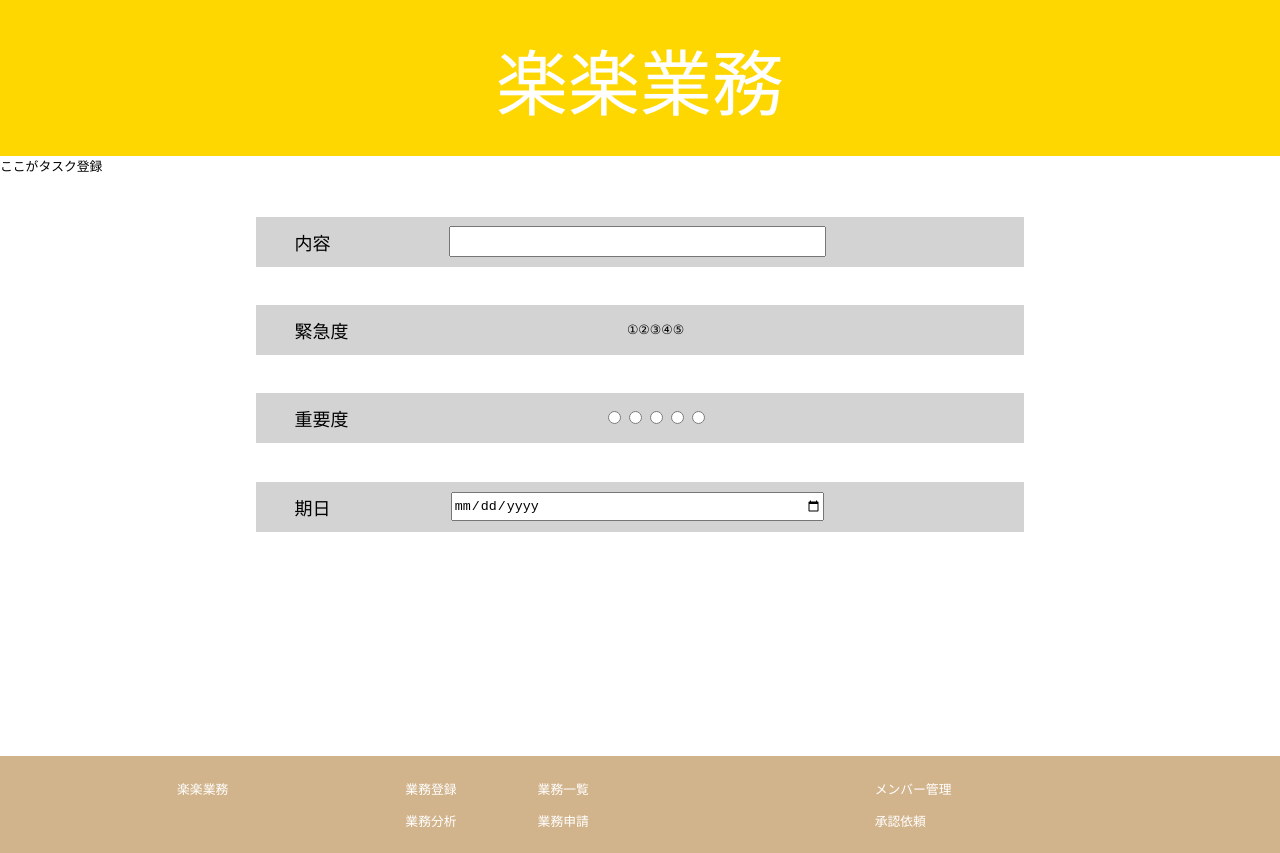
Repository: Reiya-1003/VueReplaceTask
Page: /#/register
An editor plug-in stored every save of this project. The page is shown before and after the next save, followed by the edit.
The browser window is 1280 px wide. The pictures show the whole page.
The project was rebuilt for these pictures with package versions that can differ from the ones it lists, and the page was loaded fresh each time. Also part of the build but not shown: vue.config.js, src/components/pages/PageHome.vue.

Above is the page before, as saved 2022-06-16 15:57:04.

### public/index.html
<!DOCTYPE html>
<html lang="">
  <head>
    <meta charset="utf-8">
    <meta http-equiv="X-UA-Compatible" content="IE=edge">
    <meta name="viewport" content="width=device-width,initial-scale=1.0">
    <link rel="icon" href="<%= BASE_URL %>favicon.ico">
    <link rel="stylesheet" href="style.css">
    <title><%= htmlWebpackPlugin.options.title %></title>
  </head>
  <body>
    <noscript>
      <strong>We're sorry but <%= htmlWebpackPlugin.options.title %> doesn't work properly without JavaScript enabled. Please enable it to continue.</strong>
    </noscript>
    <div id="app"></div>
    <!-- built files will be auto injected -->
  </body>
</html>

### src/main.js
import Vue from 'vue'
import App from './App.vue'
import router from './roter'

Vue.config.productionTip = false


new Vue({
  router,
  render: h => h(App),
}).$mount('#app')

### src/App.vue
<template>
  <div>
      <PageHeader />

        <!-- <PageHome /> -->
        <router-view />

      <PageFooter />
  </div>
</template>

<script>
import PageHeader from "./components/modules/PageHeader";
import PageFooter from "./components/modules/PageFooter";


export default {
  name: 'App',
  components: {
    PageHeader,
    PageFooter,


  },

}
</script>

<style>

</style>

### src/roter.js
import Vue from 'vue'
import VueRouter from 'vue-router'
import Home from '@/components/pages/PageHome.vue'
import Register from '@/components/pages/PageRegister.vue'




Vue.use(VueRouter)

export default new VueRouter({
  // デフォルトの挙動では URL に `#` が含まれる.
  // URL から hash を取り除くには `mode:history` を指定する
  // mode: 'history',
  base: __dirname,

  routes: [
    {
      path: '/',
      name: 'home',
      component: Home
    },
    {
      path: '/register',
      name: 'register',
      component: Register
    },



  ]

})

### src/components/modules/PageHeader.vue
<template>
  <header id="headerblock">

    <h1 id="title" ><router-link to="/" >楽楽業務</router-link></h1>


  </header>
</template>

<script>
export default {
  name: 'PageHeader',

}
</script>


<style lang="scss" type="text/css">
  #headerblock{
    height: 10%;
    width: 100%;
    background-color: #ffd700;
    h1{
      margin: 0;
      text-align: center;
      padding: 2%;
      color: white;
      font-size: 10vh;
      font-weight: normal;
      a{
      cursor: pointer;
      color: inherit;
      text-decoration: none;
    }
    }


  }
</style>

### src/components/modules/PageFooter.vue
<template>
  <div id="footblock">

    <div class="flexitem1">
      <p><router-link to="/" >楽楽業務</router-link></p>
    </div>
    <div class="flexitem2">
      <div>
        <!-- roter-linkになると思う -->
        <p><router-link to="/register">業務登録</router-link></p>
        <p>業務分析</p>
      </div>
      <div class="item">
        <p>業務一覧</p>
        <p>業務申請</p>
      </div>
    </div>
    <div class="flexitem3">
      <p>メンバー管理</p>
      <p>承認依頼</p>
    </div>


  </div>
</template>

<script>
export default {
  name: 'PageFooter',

}
</script>


<style lang="scss" type="text/css">
  #footblock{
    background-color: #d2b48c;
    color: white;
    display: flex;
    justify-content: space-around;

    .flexitem1{
      width: 100%;
      text-align: center;
      padding-top: 10px;
      padding-bottom: 10px;
      a{
      cursor: pointer;
      color: inherit;
      text-decoration: none;
      }
    }
    .flexitem2{
      width: 100%;
      display: flex;
      padding-top: 10px;
      padding-bottom: 10px;
      justify-content: flex-start;
      a{
      cursor: pointer;
      color: inherit;
      text-decoration: none;
      }
      .item{
        padding-left: 20%;
      }
    }
    .flexitem3{
      padding-top: 10px;
      padding-bottom: 10px;
      padding-left: 5%;
      width: 100%;
      a{
      cursor: pointer;
      color: inherit;
      text-decoration: none;
      }
    }
  }
</style>

### src/components/pages/PageRegister.vue
<template>
  <div style="height: 600px">
    <div>ここがタスク登録</div>

    <div class="listbox">
      <div class="listitem"><span class="itemtitle">内容</span><span class="item"><input type="text" class="textinput"></span></div>
      <div class="listitem">
        <span class="itemtitle">緊急度</span>
        <span class="item">
          <input type="radio" name="Urgency" class="radioinput"><label for="select1">①</label>
          <input type="radio" name="Urgency" class="radioinput"><label for="select2">②</label>
          <input type="radio" name="Urgency" class="radioinput"><label for="select3">③</label>
          <input type="radio" name="Urgency" class="radioinput"><label for="select4">④</label>
          <input type="radio" name="Urgency" class="radioinput"><label for="select5">⑤</label>
        </span>
      </div>
      <div class="listitem"><span class="itemtitle">重要度</span><span class="item"><input type="radio"><input type="radio"><input type="radio"><input type="radio"><input type="radio"></span></div>
      <div class="listitem"><span class="itemtitle">期日</span><span class="item"><input type="date" class="dateinput"></span></div>
    </div>

  </div>
</template>

<script>
export default {
  name: "PageRegister",
};
</script>

<style lang="scss" type="text/css">
.listbox {
  margin: 3px auto;
  height: 400px;
  width: 60%;
  display: flex;
  flex-direction: column;

  .listitem{
   height: 50px;
   display: flex;
   align-items: center;
   margin-top: 5%;
   background-color:lightgray;
   text-align: center;
   .itemtitle{
     margin-left: 5%;
     font-size: large;
   }
   .item{
     width: 80%;
       .textinput{
         width: 60%;
         height: 25px;
       }
       .dateinput{
         width: 60%;
         height: 25px;
       }
      .radioinput{
        display: none;
      }
     }
  }




}
</style>

### public/style.css
body{
  margin: 0;
  font-size: 1vmax;
}

After the next save:
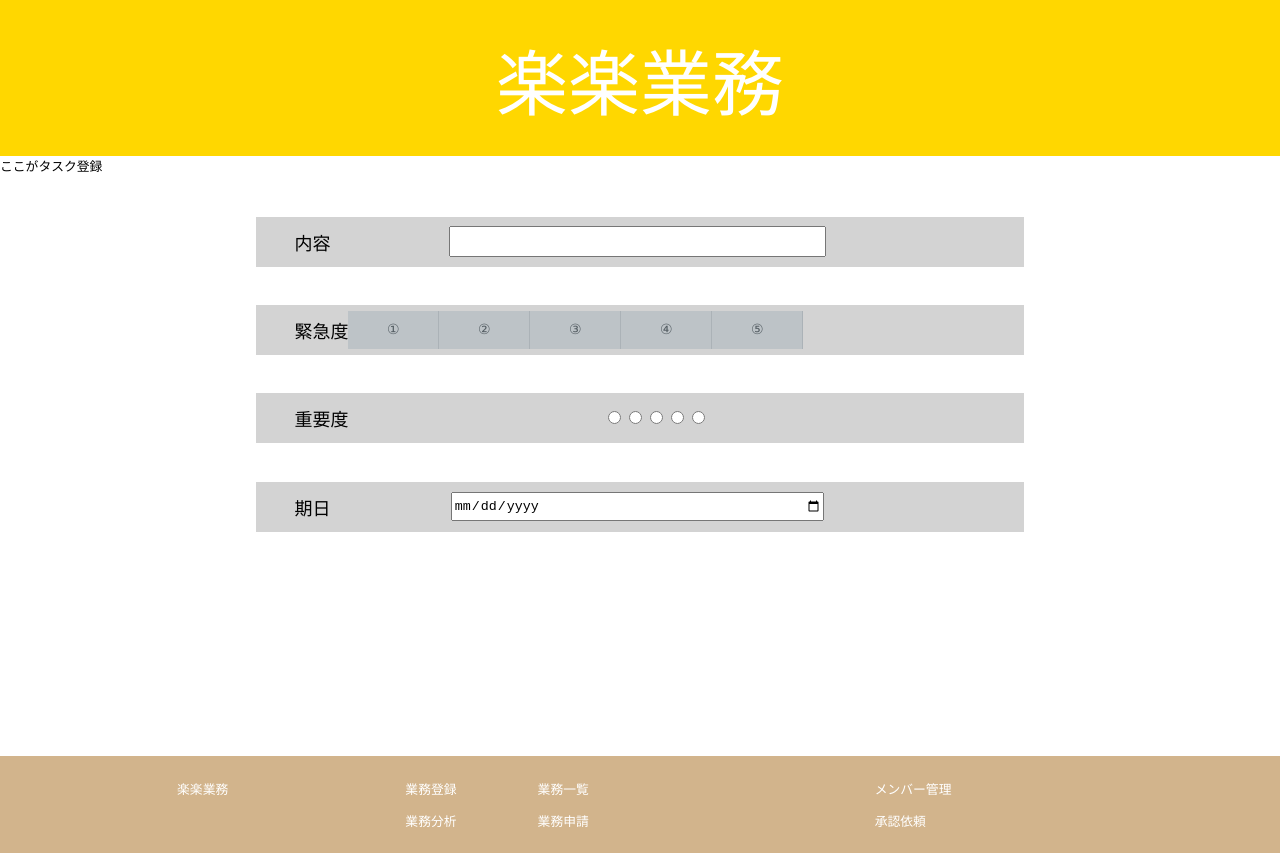
Saved 90 s later.
--- a/src/components/pages/PageRegister.vue
+++ b/src/components/pages/PageRegister.vue
@@ -59,6 +59,22 @@ export default {
       .radioinput{
         display: none;
       }
+      label{
+    display: block;
+  float: left;
+ cursor: pointer;
+width: 80px;
+ margin: 0;
+ padding: 12px 5px;
+    border-right: 1px solid #abb2b7;
+    background: #bdc3c7;
+    color: #555e64;
+    font-size: 14px;
+    text-align: center;
+    line-height: 1;
+    transition: .2s;
+}
+
      }
   }
 
